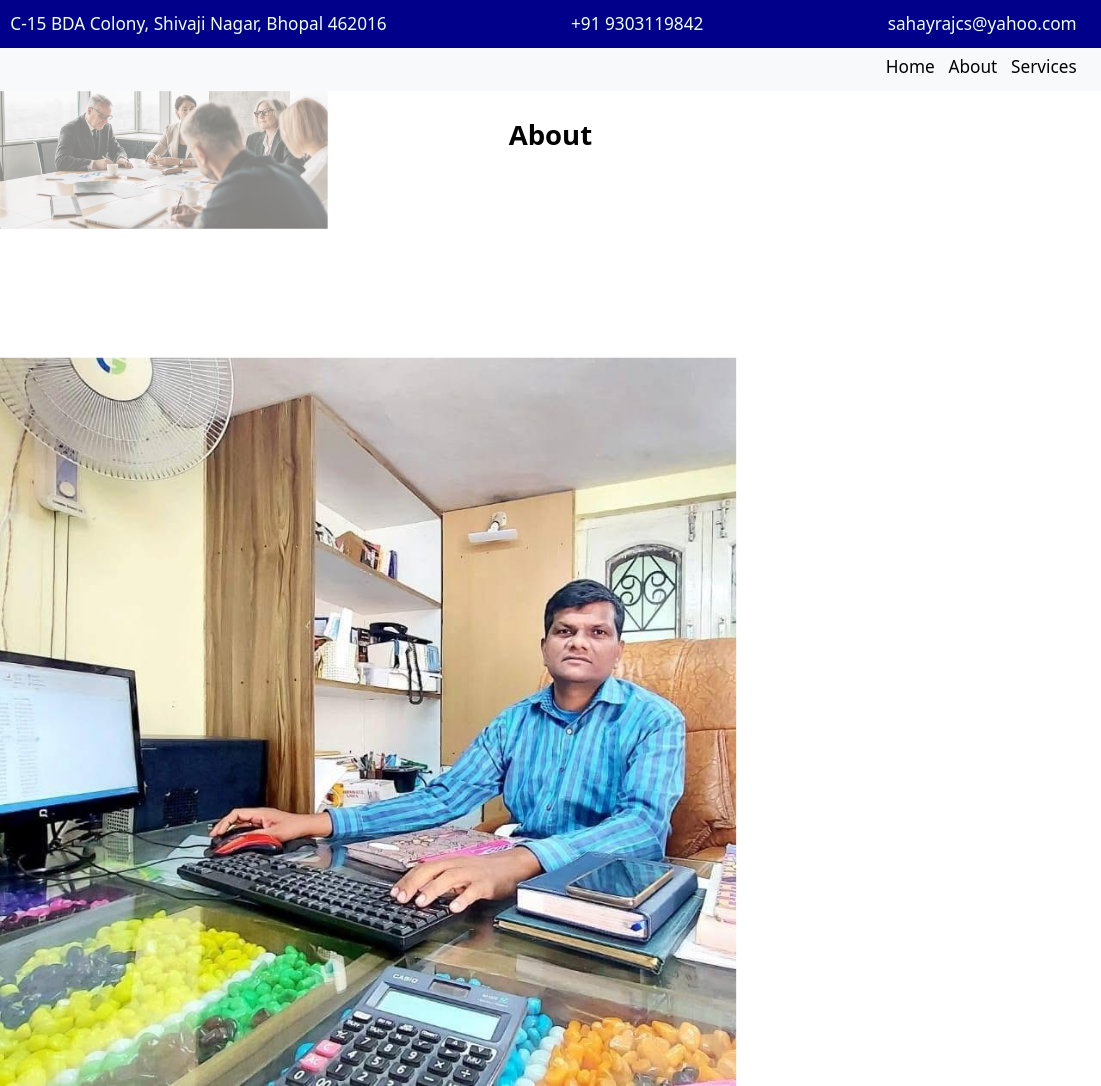
Repository: aayushiss/CS-RSS
Page: about.html
The author's editor kept a copy of each file at every save. The page is drawn from the files as they stood at one save, then again after the next save.
The browser window is 1280 px wide. The pictures show the whole page, at 86% of full size.

Above is the page before, as saved 2025-05-16 20:24:46.

After the next save:
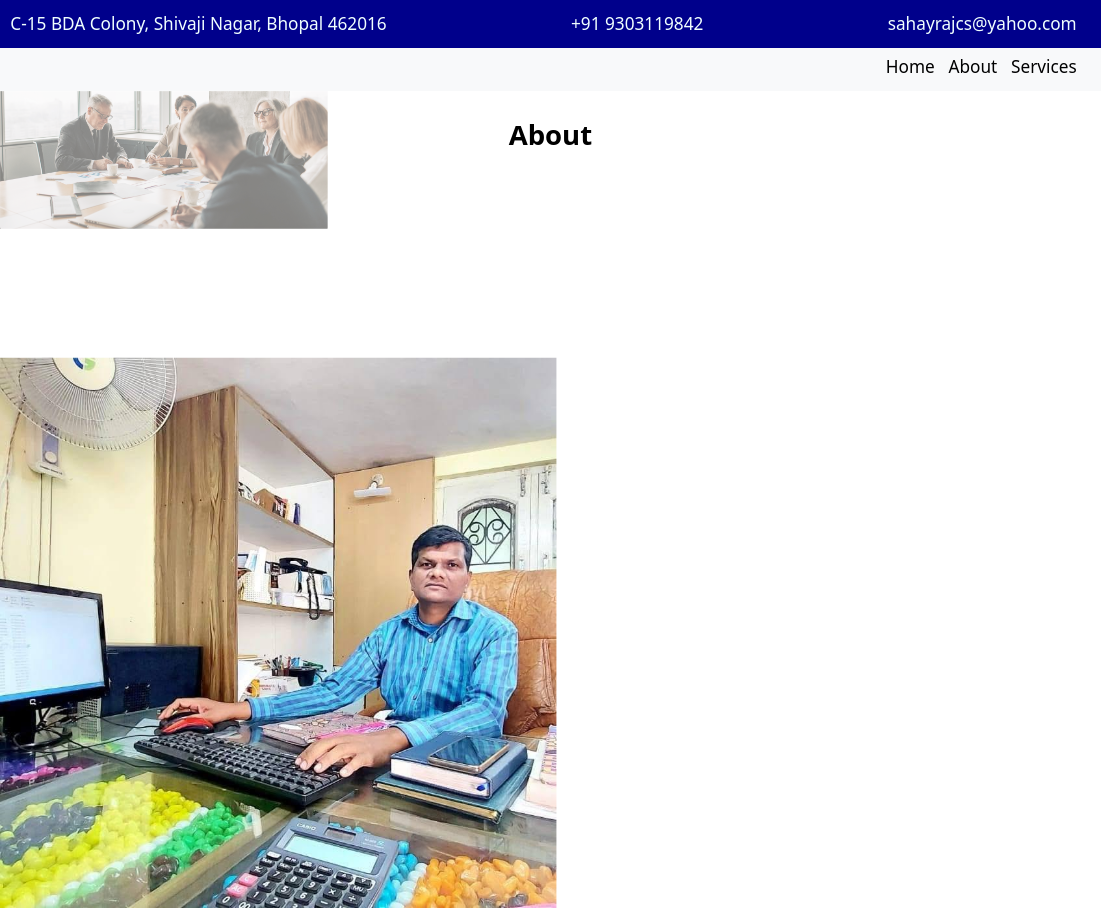
Saved 27 s later.
--- a/about.html
+++ b/about.html
@@ -36,7 +36,7 @@
         </h2>
     </div>
     <div>
-        <img src="images/AboutImage.jpeg" class="img-fluid">
+        <img src="images/AboutImage.jpeg" class="img-fluid" style="height: 40rem;">
     </div>
 </body>
 </html>
